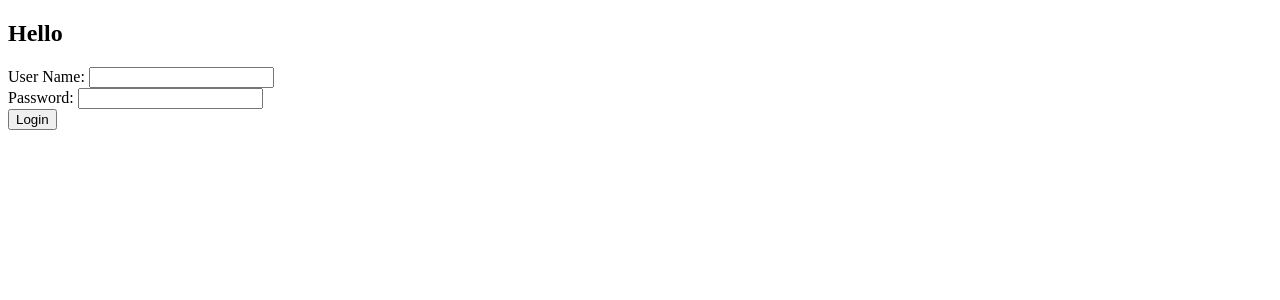
Repository: hoangkhanh2208/Jsp-Servlet-JDBC-Learn
Page: http://localhost/JavaServletExample/views/login.jsp
The author's editor kept a copy of each file at every save. The page is drawn from the files as they stood at one save, then again after the next save.
The browser window is 1280 px wide. The pictures show the whole page.
The page is served by Tomcat 9.

Above is the page before, as saved 2021-05-23 03:35:30.

After the next save:
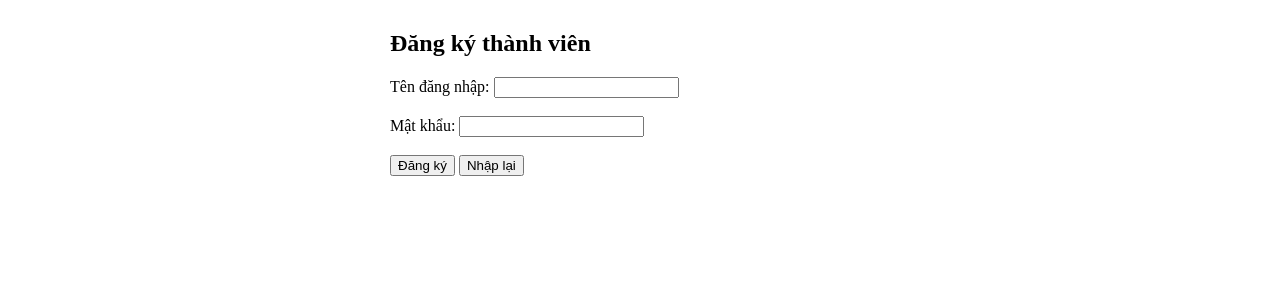
Saved 2 min 11 s later.
--- a/JavaServletExample/src/main/webapp/views/login.jsp
+++ b/JavaServletExample/src/main/webapp/views/login.jsp
@@ -1,19 +1,30 @@
-<%@ page language="java" contentType="text/html; charset=ISO-8859-1"
-    pageEncoding="ISO-8859-1"%>
+<%@ page language="java" contentType="text/html; charset=UTF-8"
+    pageEncoding="UTF-8"%>
 <!DOCTYPE html>
 <html>
 <head>
-<meta charset="ISO-8859-1">
+<meta charset="UTF-8">
 <title>Insert title here</title>
 </head>
 <body>
-	<h2>Hello</h2>
-
-	<form action="exam1" method="get">
-		User Name: <input type="text" name="userName"> </br>
-		Password: <input type="password" name="password"> </br>
-
-		<input type="submit" value="Login">
-	</form>
+	<div style="width: 500px; margin: 30px auto;">
+			<h2>Đăng ký thành viên</h2>
+			<form>
+				<div>
+					<label>Tên đăng nhập: </label>
+					<input type="text" name="username" value="" />
+				</div>
+				<br />
+				<div>
+					<label>Mật khẩu: </label>
+					<input type="password" name="password" value="" />
+				</div>
+				<br />
+				<div>
+					<input type="submit" name="submit" value="Đăng ký" />
+					<input type="reset" name="reset" value="Nhập lại" />
+				</div>
+			</form>
+		</div>
 </body>
 </html>
